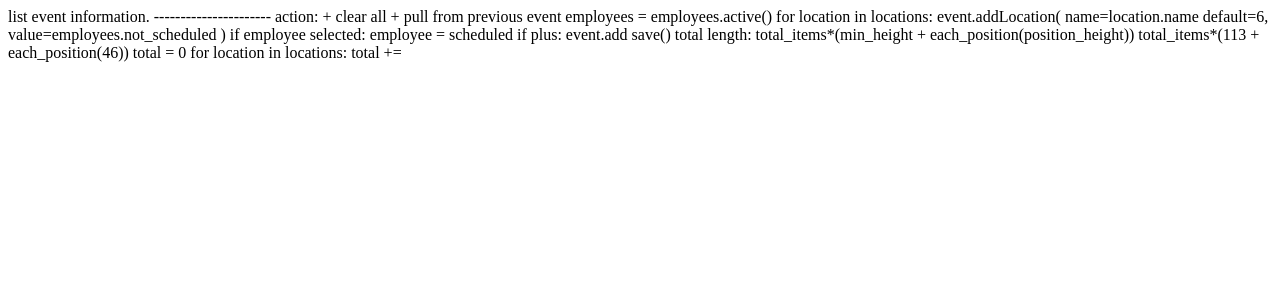
Repository: matthewrr/Employee-Scheduling-App
Page: outline.html
The author's editor kept a record of every edit. The page is drawn from the files as they stood at one moment, then again after the next edit.
The browser window is 1280 px wide. The pictures show the whole page.

Above is the page before.

### outline.html
list event information.
----------------------
action:
    + clear all
    + pull from previous event

employees = employees.active()

for location in locations:
    event.addLocation(
        name=location.name
        default=6,
        value=employees.not_scheduled
        )

if employee selected:
    employee = scheduled
if plus:
    event.add

save()

total length:
    total_items*(min_height + each_position(position_height))

    total_items*(113 + each_position(46))

total = 0
for location in locations:
    total +=

After the next edit:
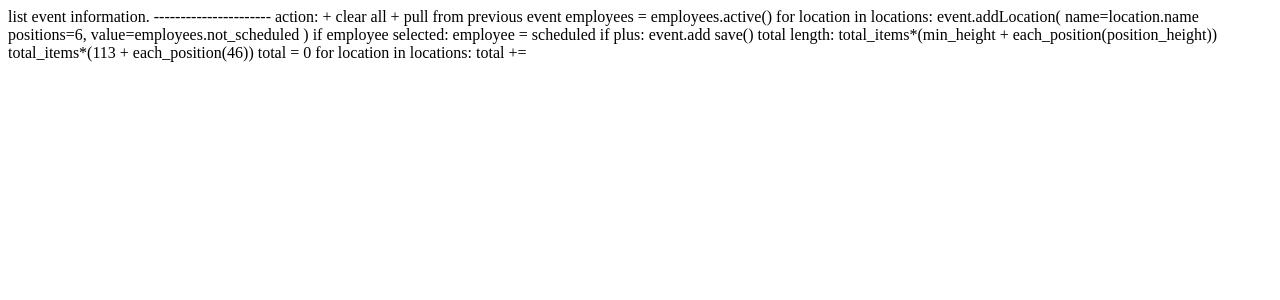
The edit:
--- a/outline.html
+++ b/outline.html
@@ -9,7 +9,7 @@
 for location in locations:
     event.addLocation(
         name=location.name
-        default=6,
+        positions=6,
         value=employees.not_scheduled
         )
 
